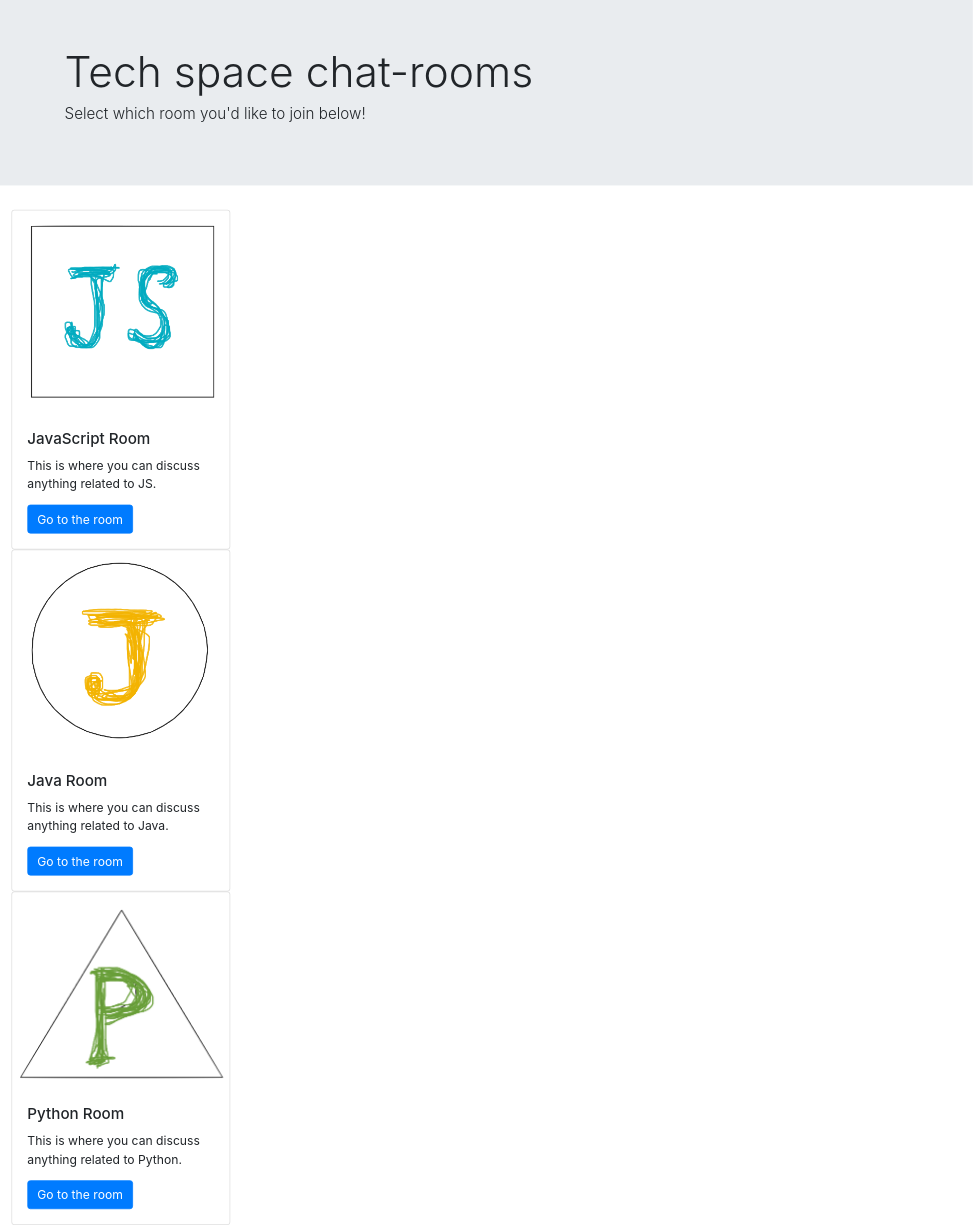
Repository: K-TT/ChatRoom
Page: public/index.html
An editor plug-in stored every save of this project. The page is shown before and after the next save, followed by the edit.
The browser window is 1280 px wide. The pictures show the whole page, at 76% of full size.
Some web libraries are served in a nearby version.

Above is the page before, as saved 2022-02-20 17:16:35.

### public/index.html
<!DOCTYPE html>
<html lang="en">

<head>
    <title>ChatRoom</title>
    <meta charset="UTF-8">
    <meta name="viewport" content="width=device-width, initial-scale=1">
    <link rel="stylesheet" href="https://maxcdn.bootstrapcdn.com/bootstrap/4.0.0-beta/css/bootstrap.min.css" integrity="sha384-/Y6pD6FV/Vv2HJnA6t+vslU6fwYXjCFtcEpHbNJ0lyAFsXTsjBbfaDjzALeQsN6M" crossorigin="anonymous">


</head>

<body>
    <div class="jumbotron jumbotron-fluid">
        <div class="container">
            <h1 class="display-4">Tech space chat-rooms</h1>
            <p class="lead">Select which room you'd like to join below!</p>
        </div>
    </div>
    <div class="container-fluid">
        <div class="card" style="width: 18rem;">
            <img src="./images/javascript.png" class="card-img-top" alt="javascript">
            <div class="card-body">
                <h5 class="card-title">JavaScript Room</h5>
                <p class="card-text">This is where you can discuss anything related to JS.</p>
                <a href="/javascript" class="btn btn-primary">Go to the room</a>
            </div>
        </div>
        <div class="card" style="width: 18rem;">
            <img src="./images/java.png" class="card-img-top" alt="java">
            <div class="card-body">
                <h5 class="card-title">Java Room</h5>
                <p class="card-text">This is where you can discuss anything related to Java.</p>
                <a href="/java" class="btn btn-primary">Go to the room</a>
            </div>
        </div>
        <div class="card" style="width: 18rem;">
            <img src="./images/python.png" class="card-img-top" alt="python">
            <div class="card-body">
                <h5 class="card-title">Python Room</h5>
                <p class="card-text">This is where you can discuss anything related to Python.</p>
                <a href="/python" class="btn btn-primary">Go to the room</a>
            </div>
        </div>
    </div>


    <footer>
        <script src="https://code.jquery.com/jquery-3.2.1.slim.min.js" integrity="sha384-KJ3o2DKtIkvYIK3UENzmM7KCkRr/rE9/Qpg6aAZGJwFDMVNA/GpGFF93hXpG5KkN" crossorigin="anonymous"></script>
        <script src="https://cdnjs.cloudflare.com/ajax/libs/popper.js/1.11.0/umd/popper.min.js" integrity="sha384-b/U6ypiBEHpOf/4+1nzFpr53nxSS+GLCkfwBdFNTxtclqqenISfwAzpKaMNFNmj4" crossorigin="anonymous"></script>
        <script src="https://maxcdn.bootstrapcdn.com/bootstrap/4.0.0-beta/js/bootstrap.min.js" integrity="sha384-h0AbiXch4ZDo7tp9hKZ4TsHbi047NrKGLO3SEJAg45jXxnGIfYzk4Si90RDIqNm1" crossorigin="anonymous"></script>
    </footer>
</body>

</html>

After the next save:
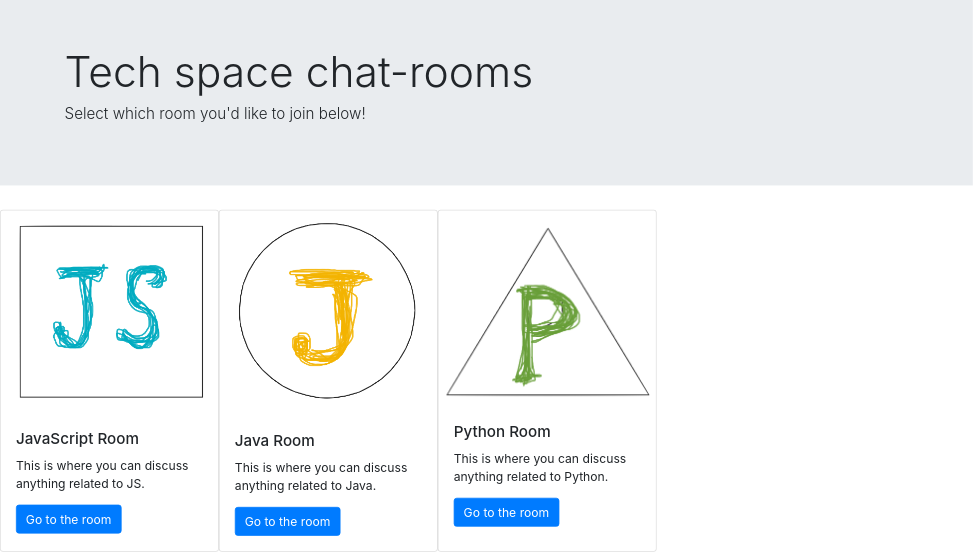
Saved 20 s later.
--- a/public/index.html
+++ b/public/index.html
@@ -17,7 +17,7 @@
             <p class="lead">Select which room you'd like to join below!</p>
         </div>
     </div>
-    <div class="container-fluid">
+    <div class="container-fluid row">
         <div class="card" style="width: 18rem;">
             <img src="./images/javascript.png" class="card-img-top" alt="javascript">
             <div class="card-body">
